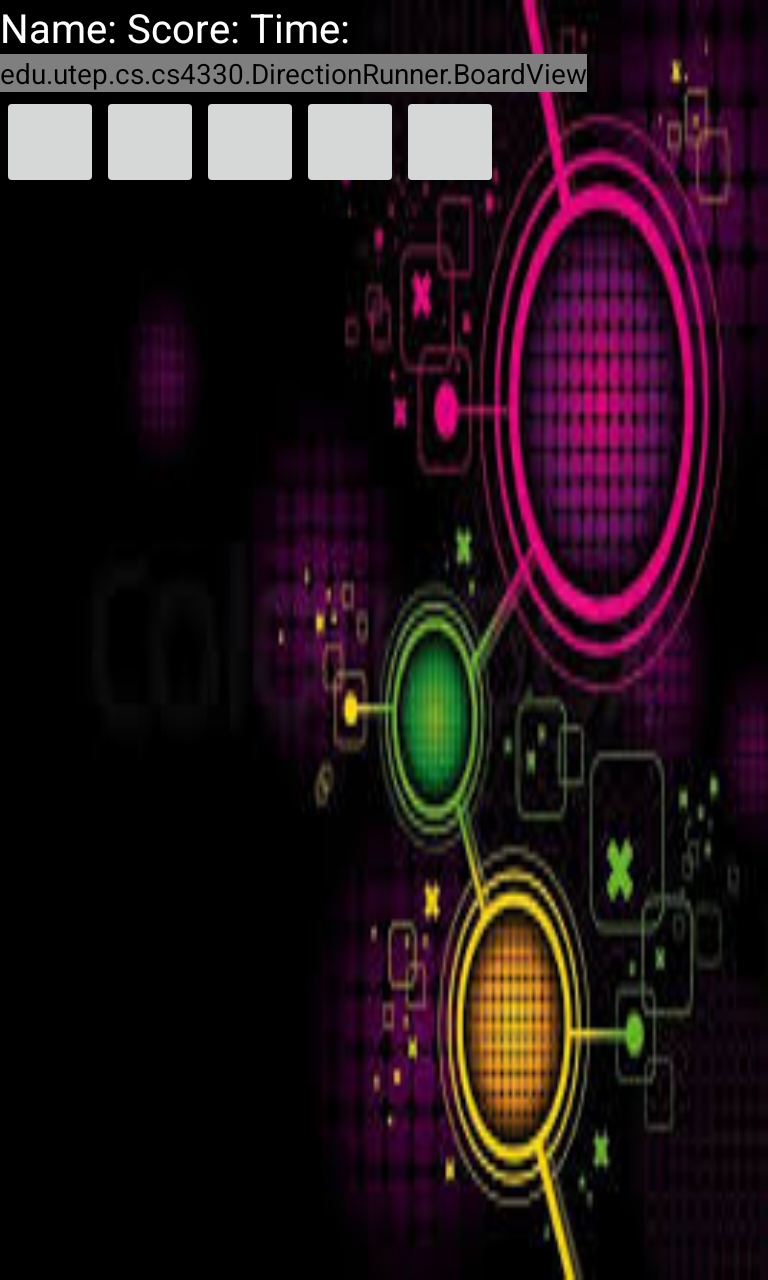
Repository: RedJaVa68/DirectionRunner
Layout: DirectionRunner/res/layout/game_activity.xml
The author's editor kept a copy of each file at every save. The layout is drawn from the files as they stood at one save, then again after the next save.
Pictures or frames that could not be fetched are drawn as grey boxes. It is drawn on a 768 x 1280 px phone screen (xhdpi) without system bars, with theme AppTheme; the app's code is not run.

Above is the layout before, as saved 2015-05-07 00:28:48.

### DirectionRunner/res/layout/game_activity.xml
<?xml version="1.0" encoding="utf-8"?>
<ScrollView
    android:layout_width="match_parent"
    android:layout_height="match_parent"
    android:fillViewport="true"
    xmlns:android="http://schemas.android.com/apk/res/android">
<LinearLayout
    android:layout_width="fill_parent"
    android:layout_height="wrap_content"
    android:orientation="vertical"
    android:weightSum="3"
    android:background="@drawable/bg">
    <LinearLayout
        android:layout_width="wrap_content"
        android:layout_height="wrap_content"
        android:orientation="horizontal">
        <TextView
            android:id="@+id/nameText"
            android:layout_width="wrap_content"
            android:layout_height="wrap_content"
            android:text="Name: "
            android:textSize="20sp"
            android:textColor="#ffffff"/>"
        <TextView
            android:id="@+id/scoreText"
            android:layout_width="wrap_content"
            android:layout_height="wrap_content"
            android:text="Score: "
            android:textSize="20sp"
            android:textColor="#ffffff"/>
        <TextView
            android:id="@+id/clock"
            android:layout_width="wrap_content"
            android:layout_height="wrap_content"
            android:text="Time: "
            android:textSize="20sp"
            android:textColor="#ffffff"/>

    </LinearLayout>
    <edu.utep.cs.cs4330.DirectionRunner.BoardView
        android:id="@+id/boardView"
        android:layout_width="wrap_content"
        android:layout_height="wrap_content"/>
    <LinearLayout
        android:layout_width="wrap_content"
        android:layout_height="wrap_content"
        android:orientation="horizontal">
        <Button
        	android:id="@+id/button1"
        	android:layout_width="50dp"
        	android:layout_height="50dp"
        	android:onClick="button1"/>
        <Button
            android:id="@+id/button2"
            android:layout_width="50dp"
            android:layout_height="50dp"
            android:onClick="button2"/>
        <Button
        	android:id="@+id/button3"
        	android:layout_width="50dp"
        	android:layout_height="50dp"
        	android:onClick="button3"/>
        <Button
            android:id="@+id/button4"
            android:layout_width="50dp"
            android:layout_height="50dp"
            android:onClick="button4"/>
        <Button
        	android:id="@+id/button5"
        	android:layout_width="50dp"
        	android:layout_height="50dp"
        	android:onClick="button5"/>
    </LinearLayout>
</LinearLayout>
</ScrollView>

Loaded but not shown: DirectionRunner/res/values/styles.xml (common file); DirectionRunner/res/values-v11/styles.xml (common file); DirectionRunner/res/values-v14/styles.xml (common file)

After the next save:
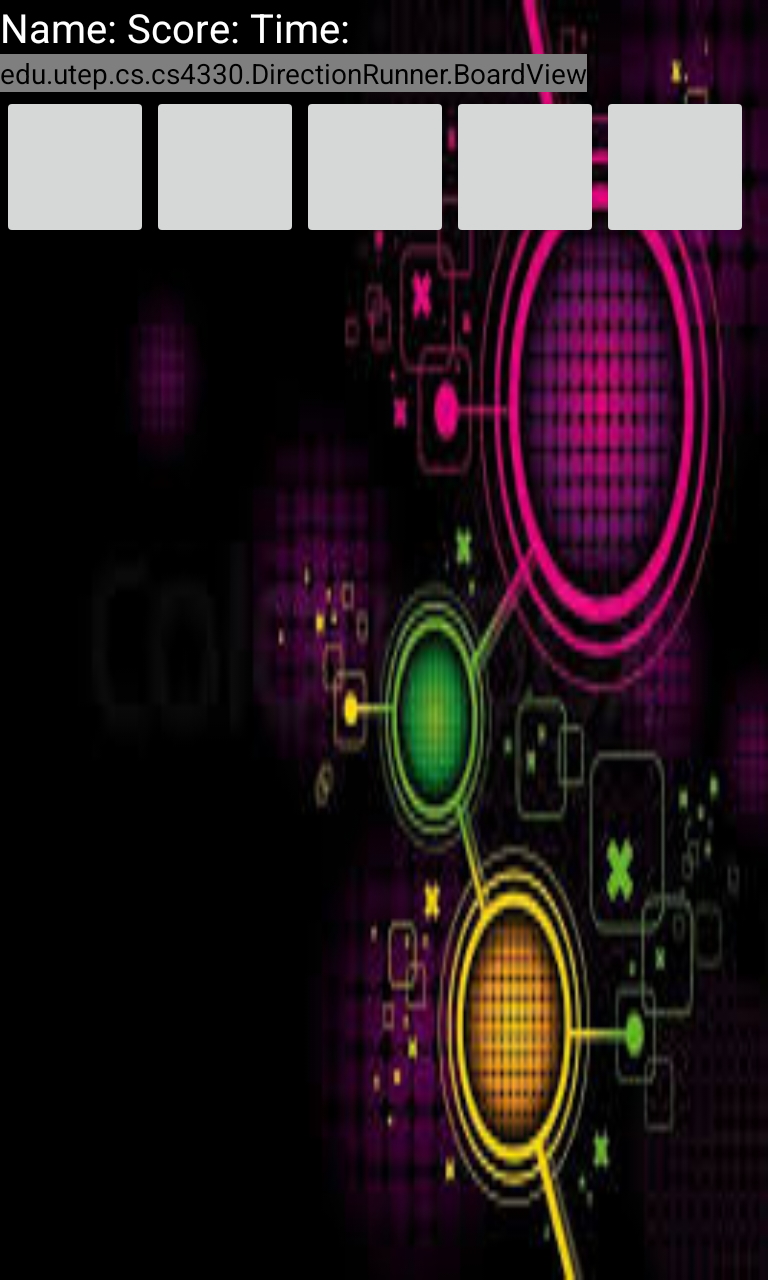
Saved 54 s later.
--- a/DirectionRunner/res/layout/game_activity.xml
+++ b/DirectionRunner/res/layout/game_activity.xml
@@ -47,28 +47,28 @@
         android:orientation="horizontal">
         <Button
         	android:id="@+id/button1"
-        	android:layout_width="50dp"
-        	android:layout_height="50dp"
+        	android:layout_width="75dp"
+        	android:layout_height="75dp"
         	android:onClick="button1"/>
         <Button
             android:id="@+id/button2"
-            android:layout_width="50dp"
-            android:layout_height="50dp"
+            android:layout_width="75dp"
+            android:layout_height="75dp"
             android:onClick="button2"/>
         <Button
         	android:id="@+id/button3"
-        	android:layout_width="50dp"
-        	android:layout_height="50dp"
+        	android:layout_width="75dp"
+        	android:layout_height="75dp"
         	android:onClick="button3"/>
         <Button
             android:id="@+id/button4"
-            android:layout_width="50dp"
-            android:layout_height="50dp"
+            android:layout_width="75dp"
+            android:layout_height="75dp"
             android:onClick="button4"/>
         <Button
         	android:id="@+id/button5"
-        	android:layout_width="50dp"
-        	android:layout_height="50dp"
+        	android:layout_width="75dp"
+        	android:layout_height="75dp"
         	android:onClick="button5"/>
     </LinearLayout>
 </LinearLayout>
